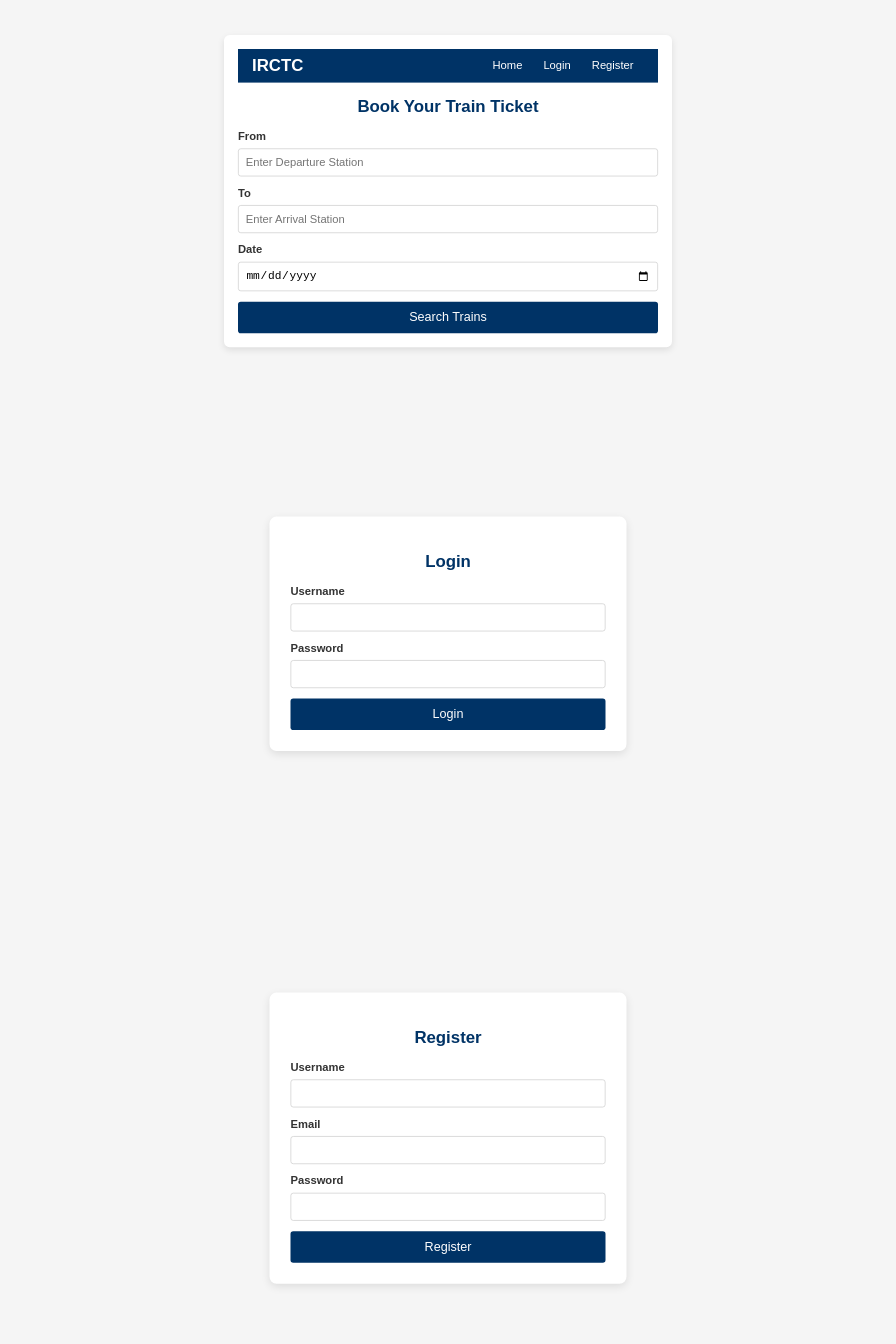
Repository: ssaddamhuss100/IRCTC-Clone
Page: /
An editor plug-in stored every save of this project. The page is shown before and after a run of saves, followed by the edit.
The browser window is 1280 px wide. The pictures show the part of the page from y = 0 to 1920 px (the page is 1987 px tall before and 2679 px after), at 70% of full size.
The project was rebuilt for these pictures with package versions that can differ from the ones it lists, and the page was loaded fresh each time. Also part of the build but not shown: vite.config.js.

Above is the page before, as saved 2025-01-19 11:41:57.

After the next 3 saves:
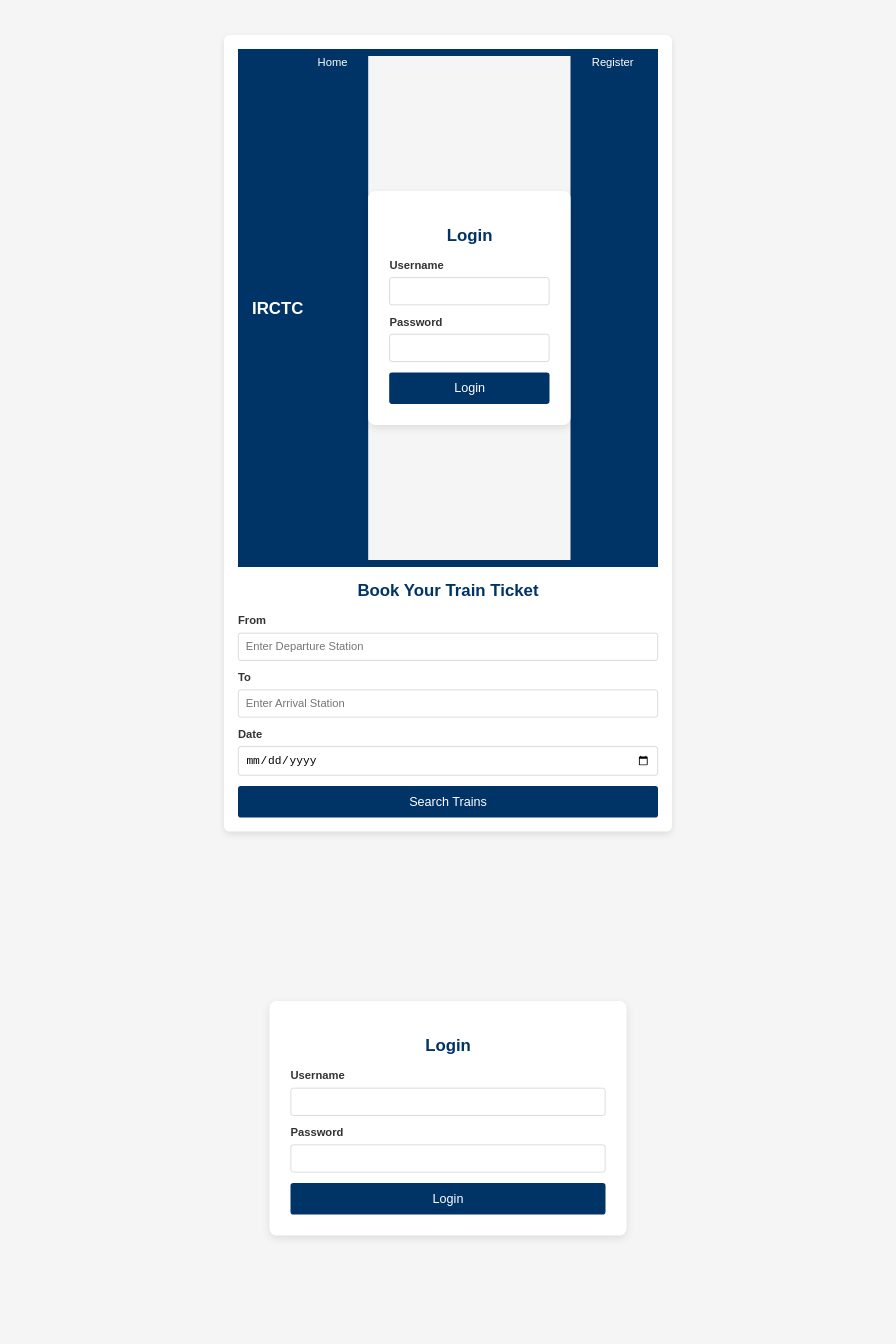
The 3 saves are shown as one change because 1 did not build or start and some came seconds apart.
The last was saved 49 s later.
--- a/src/components/navbar/Navbar.jsx
+++ b/src/components/navbar/Navbar.jsx
@@ -1,5 +1,6 @@
 import React from "react";
 import "./Navbar.css";
+import Login from "../../pages/Login/Login";
 
 const Navbar = () => {
   return (
@@ -10,7 +11,7 @@
           <a href="/">Home</a>
         </li>
         <li>
-          <a href="/login">Login</a>
+          <a href="/login"><Login/></a>
         </li>
         <li>
           <a href="/register">Register</a>
